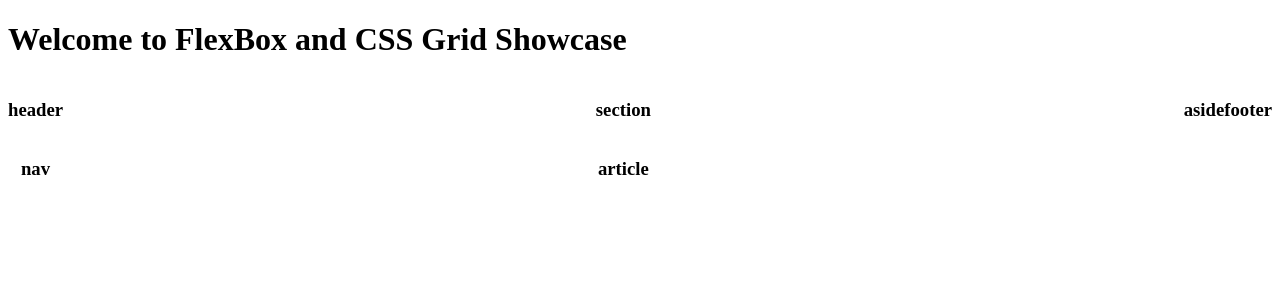
Repository: Awhit-commits/CSS_GRID_AND_FLEXBOX_LESSON
Page: index.html
The author's editor kept a copy of each file at every save. The page is drawn from the files as they stood at one save, then again after a run of saves.
The browser window is 1280 px wide. The pictures show the whole page.

Above is the page before, as saved 2020-12-21 17:34:11.

After the next 4 saves:
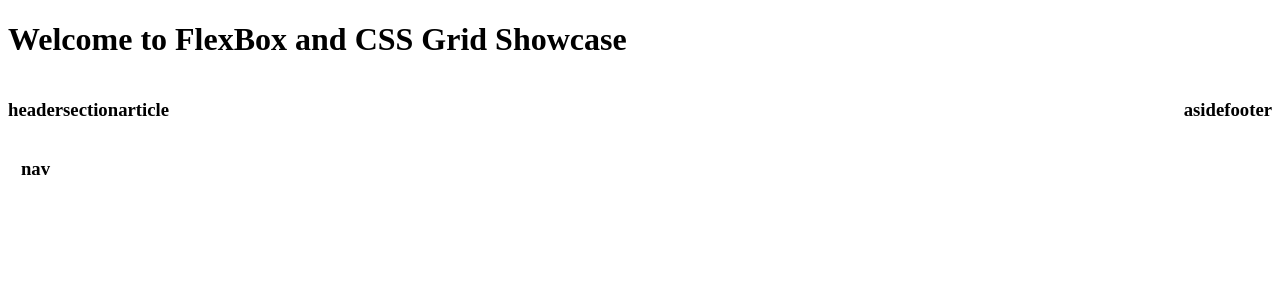
The 4 saves are shown as one change because they came seconds apart.
The last was saved 14 s later.
--- a/style.css
+++ b/style.css
@@ -8,7 +8,7 @@
 
 .main{
     display:flex;
-    flex-direction: column;
+    flex-direction: column wrap;
     flex: 1 auto;
 }
 .headerArea{

After the save that followed:
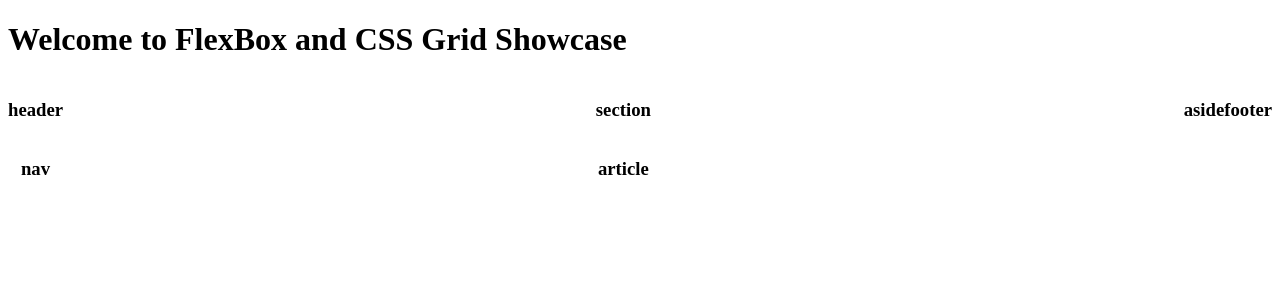
Saved 5 s later.
--- a/style.css
+++ b/style.css
@@ -8,7 +8,7 @@
 
 .main{
     display:flex;
-    flex-direction: column wrap;
+    flex-direction: column;
     flex: 1 auto;
 }
 .headerArea{
